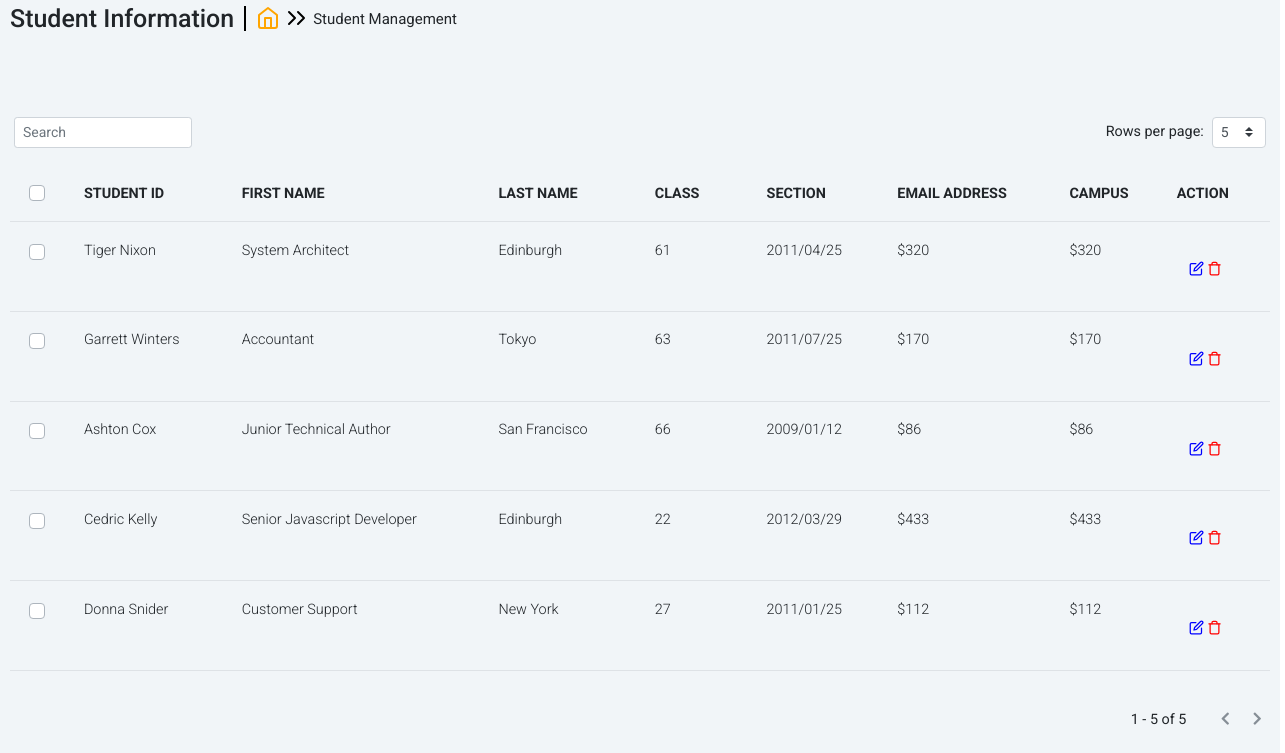
Repository: deepakrajput1998/hestabit_assignment
Page: /
An editor plug-in stored every save of this project. The page is shown before and after a run of saves, followed by the edit.
The browser window is 1280 px wide. The page is 1285 px wide, so the pictures cover 1285 px, including what lies to the right of the window. The pictures show the whole page.
The project was rebuilt for these pictures with package versions that can differ from the ones it lists, and the page was loaded fresh each time. Also part of the build but not shown: src/Component/Sidedrawer/Sidedrawer.module.css.

Above is the page before, as saved 2021-07-25 04:11:42.

After the next 3 saves:
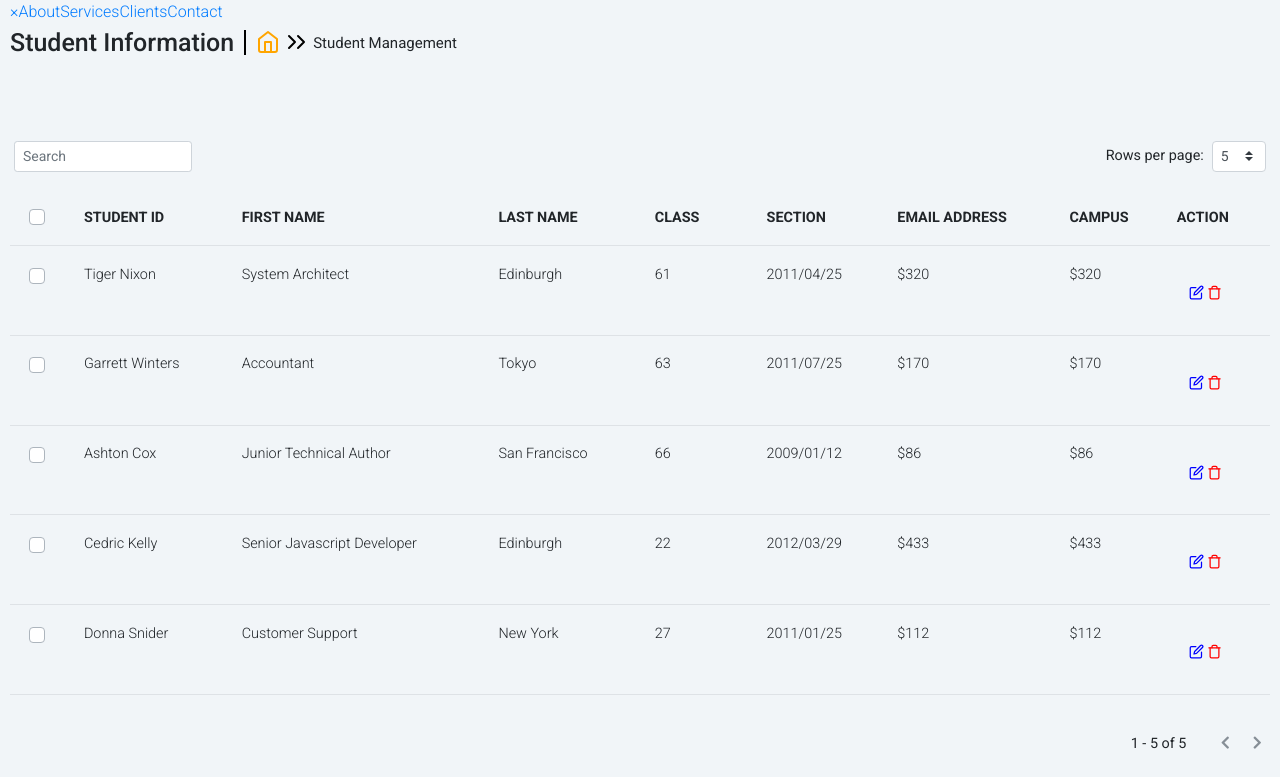
The 3 saves are shown as one change because 2 did not build or start.
The last was saved 108 s later.
--- a/src/Pages/StudentListing/StudentListing.js
+++ b/src/Pages/StudentListing/StudentListing.js
@@ -2,9 +2,11 @@ import React from 'react'
 import classes from "./StudentListing.module.css";
 import {Home ,ChevronRight} from 'react-feather'
 import DataTable from '../../Component/Common/DataTable/DataTable';
+import { Sidedrawer } from '../../Component/Sidedrawer/Sidedrawer';
 const StudentListing = () => {
     return (
       <div>
+          <Sidedrawer/>
         <div className={classes.StudentListing_header} >
           <span className={classes.StudentListing_title}>
             Student Information
--- a/src/Component/Common/DataTable/DataTable.js
+++ b/src/Component/Common/DataTable/DataTable.js
@@ -3,6 +3,9 @@ import { MDBDataTableV5 } from "mdbreact";
 import { Edit, Trash } from "react-feather";
 
 export default function DataTable() {
+    function openNav() {
+      document.getElementById("mySidenav").style.width = "250px";
+    }
   const [datatable, setDatatable] = React.useState({
     columns: [
       {
@@ -80,7 +83,9 @@ export default function DataTable() {
         campus: "$170",
         action: (
           <td>
-            <Edit color='blue' size={15} /> <Trash color='red'  size={15} />
+            <Edit onClick={()=>{
+                openNav()
+            }} color='blue' size={15} /> <Trash color='red'  size={15} />
           </td>
         ),
       },
--- a/src/Component/Sidedrawer/Sidedrawer.js
+++ b/src/Component/Sidedrawer/Sidedrawer.js
@@ -2,9 +2,7 @@ import React from 'react'
 import classes from "./Sidedrawer.module.css";
 
 export const Sidedrawer = ({onOpenClick}) => {
-     onOpenClick() {
-      document.getElementById("mySidenav").style.width = "250px";
-    }
+
 
     function closeNav() {
       document.getElementById("mySidenav").style.width = "0";
